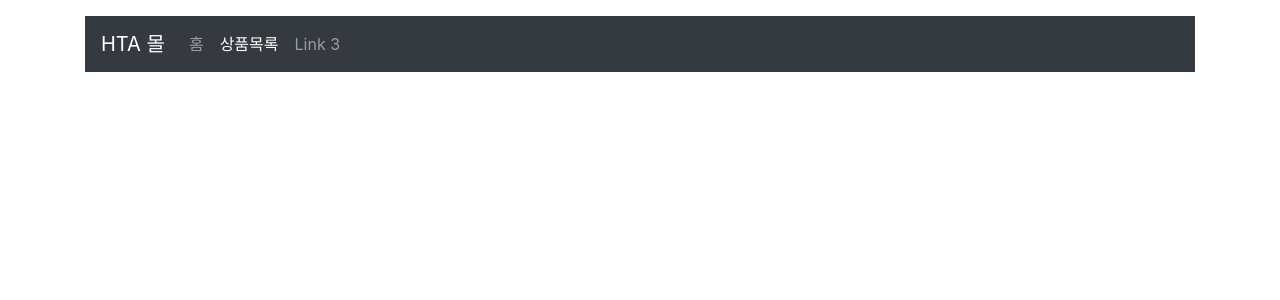
Repository: onuo77/HTA
Page: http://localhost/sample-mybatis/product/form.jsp
An editor plug-in stored every save of this project. The page is shown before and after the next save, followed by the edit.
The browser window is 1280 px wide. The pictures show the whole page.
The page is served by Tomcat 9. Other server files are loaded and not shown.

Above is the page before, as saved 2021-05-26 05:19:17.

### java-web/sample-mybatis/src/main/webapp/product/form.jsp
<%@ page contentType="text/html; charset=UTF-8" pageEncoding="UTF-8" %>
<!DOCTYPE html>
<html lang="ko">
<head>
  	<title>Bootstrap 4 Example</title>
  	<meta charset="utf-8">
  	<meta name="viewport" content="width=device-width, initial-scale=1">
  	<link rel="stylesheet" href="https://maxcdn.bootstrapcdn.com/bootstrap/4.5.2/css/bootstrap.min.css">
  	<script src="https://ajax.googleapis.com/ajax/libs/jquery/3.5.1/jquery.min.js"></script>
  	<script src="https://cdnjs.cloudflare.com/ajax/libs/popper.js/1.16.0/umd/popper.min.js"></script>
  	<script src="https://maxcdn.bootstrapcdn.com/bootstrap/4.5.2/js/bootstrap.min.js"></script>
</head>
<body>
<div class="container">
<%
	String navItem = "product";
%>
	<header>
		<%@include file="../common/header.jsp" %>
	</header>
	<main>
		<div class="row">
			<div class="col-12">

			</div>
		</div>
	</main>
	<footer>

	</footer>
</div>
</body>
</html>

### java-web/sample-mybatis/src/main/webapp/common/header.jsp
<%@ page pageEncoding="UTF-8"%>
<nav class="navbar navbar-expand-sm bg-dark navbar-dark my-3">
	<a class="navbar-brand" href="">HTA 몰</a>
  	<ul class="navbar-nav">
    	<li class="nav-item <%="home".equals(navItem) ? "active" : "" %>"><a class="nav-link" href="/sample-mybatis/index.jsp">홈</a></li>
    	<li class="nav-item <%="product".equals(navItem) ? "active" : "" %>"><a class="nav-link" href="/sample-mybatis/product/list.jsp">상품목록</a></li>
    	<li class="nav-item"><a class="nav-link" href="#">Link 3</a></li>
  	</ul>
</nav>

After the next save:
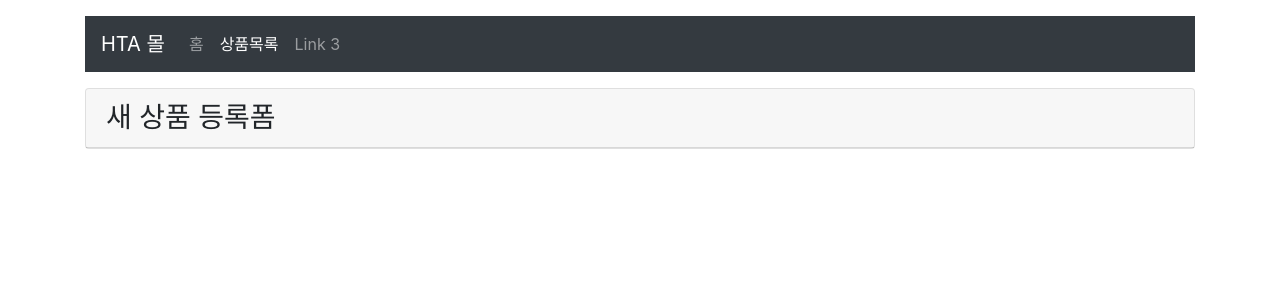
Saved 80 s later.
--- a/java-web/sample-mybatis/src/main/webapp/product/form.jsp
+++ b/java-web/sample-mybatis/src/main/webapp/product/form.jsp
@@ -21,7 +21,9 @@
 	<main>
 		<div class="row">
 			<div class="col-12">
-
+				<div class="card">
+					<h3 class="card-header">새 상품 등록폼</h3>
+				</div>
 			</div>
 		</div>
 	</main>
